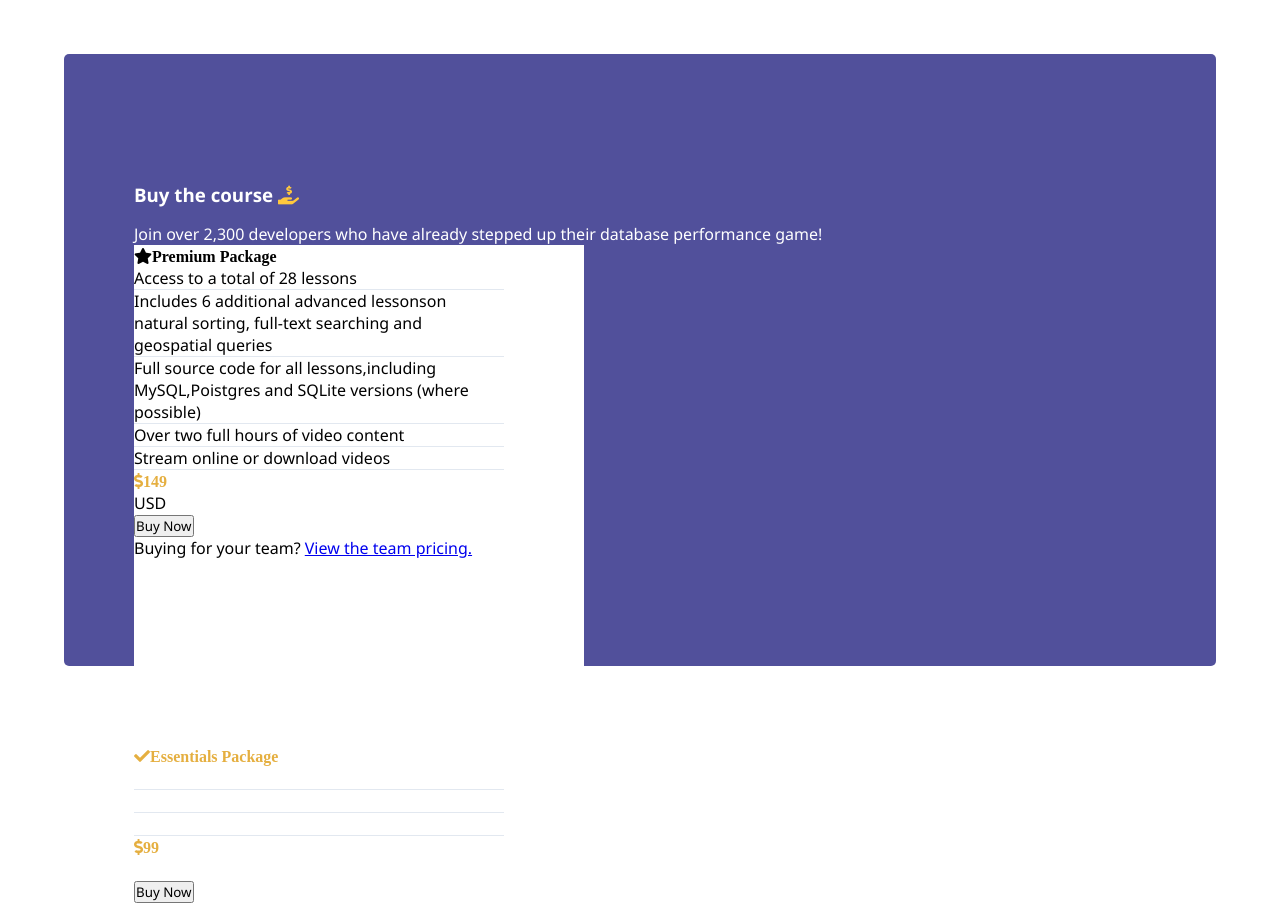
Repository: Z-ayat/Challenges
Page: Challenge 4/index.html
An editor plug-in stored every save of this project. The page is shown before and after the next save, followed by the edit.
The browser window is 1280 px wide. The pictures show the whole page.

Above is the page before, as saved 2021-09-07 01:08:46.

After the next save:
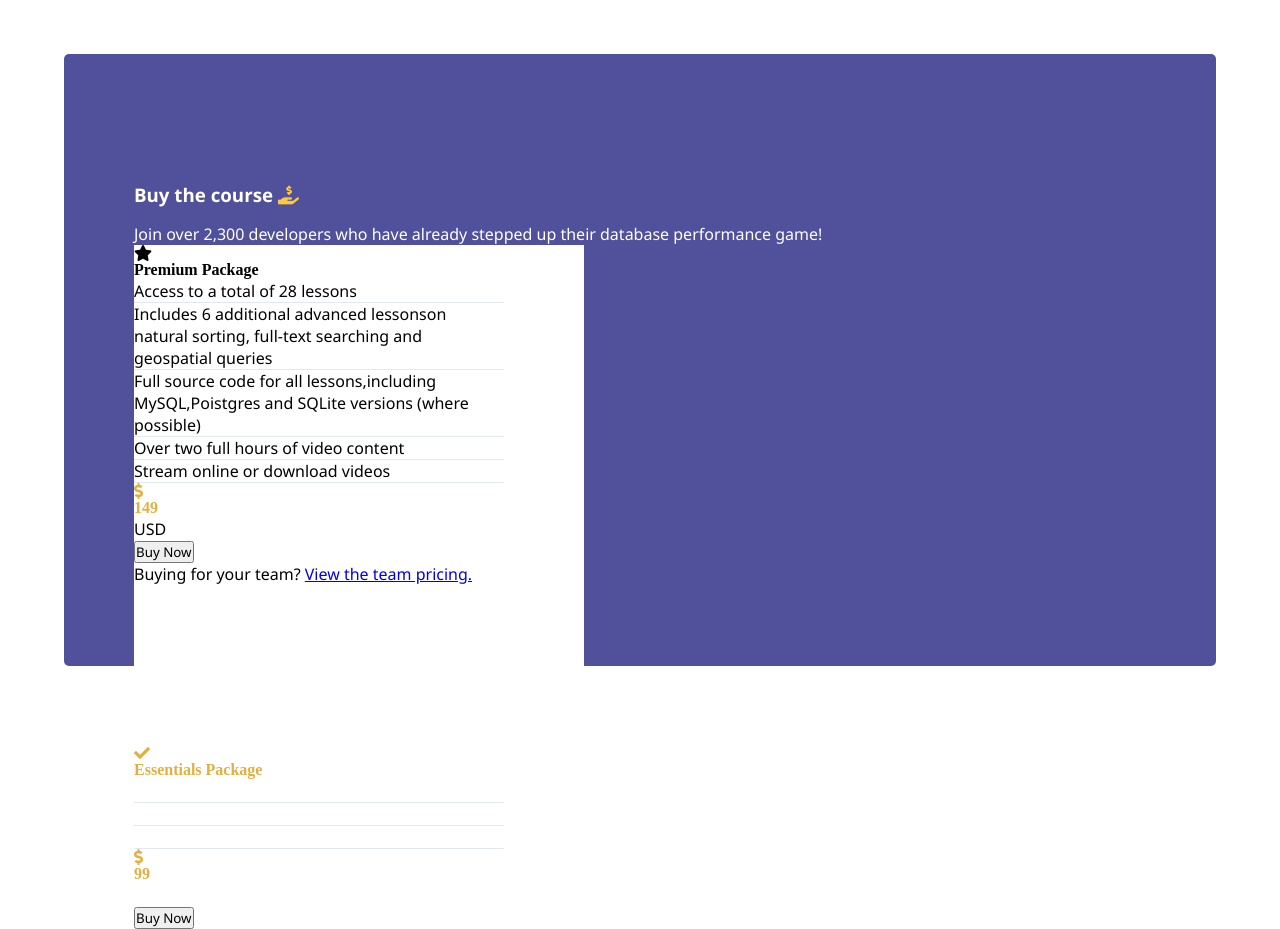
Saved 21 s later.
--- a/Challenge 4/styling/css/master.css
+++ b/Challenge 4/styling/css/master.css
@@ -3,6 +3,10 @@
     padding: 0;
     margin: 0;
     font-family: 'Segoe UI', Tahoma, Geneva, Verdana, sans-serif;
+}
+
+*::before {
+    display: flex;
 }
 
 :root {

After the save that followed:
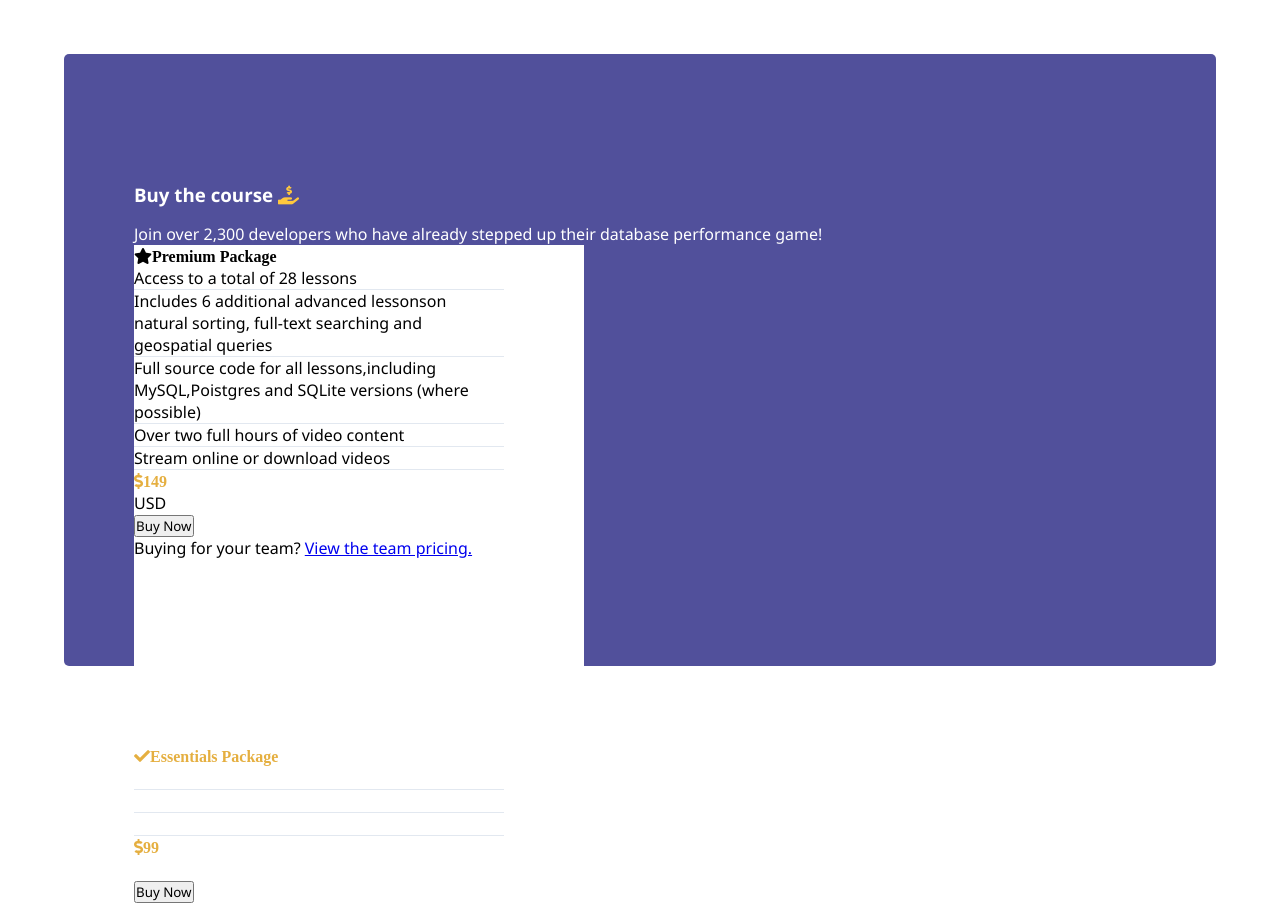
Saved 7 s later.
--- a/Challenge 4/styling/css/master.css
+++ b/Challenge 4/styling/css/master.css
@@ -6,7 +6,7 @@
 }
 
 *::before {
-    display: flex;
+    display: inline-block;
 }
 
 :root {
